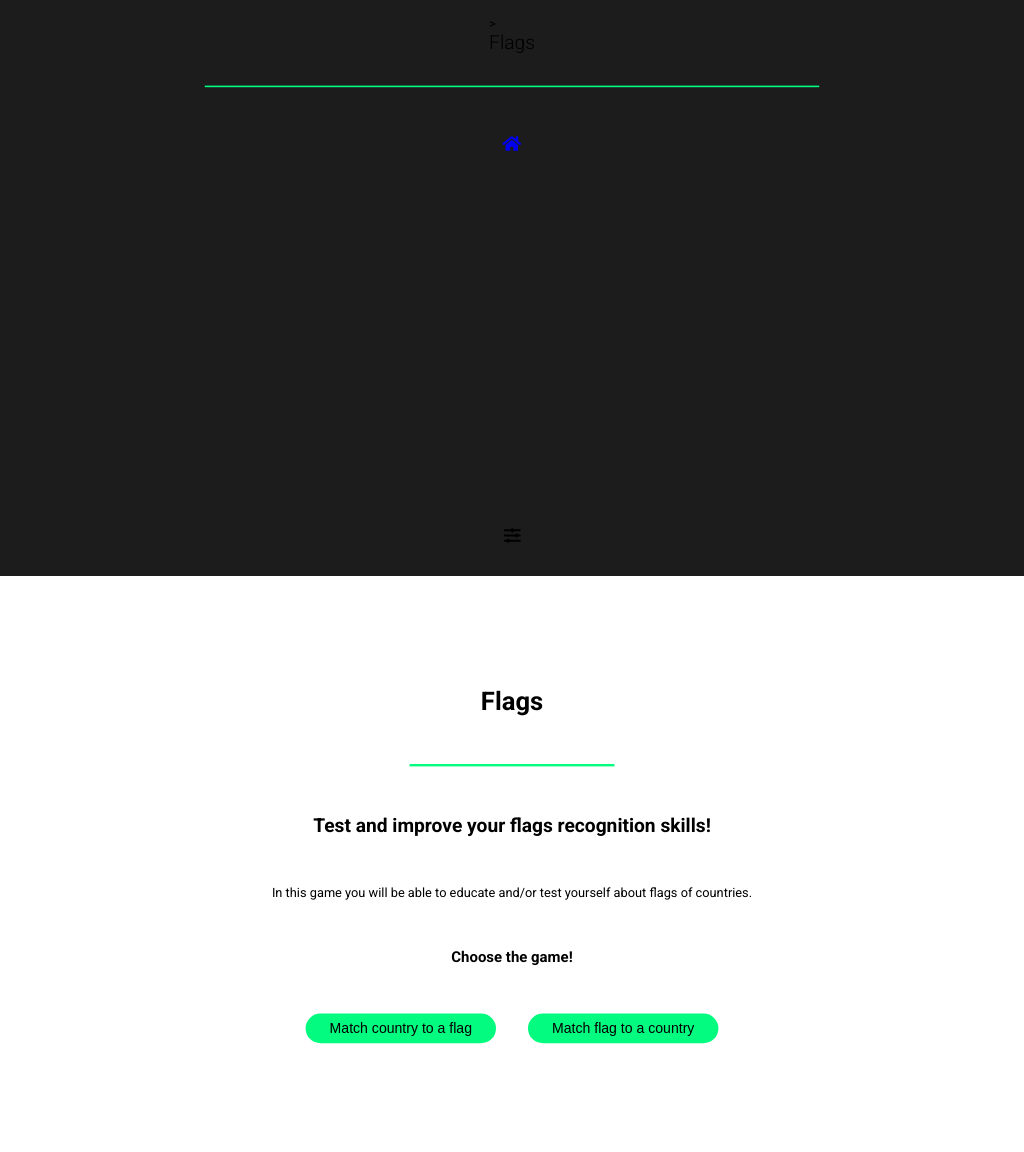
Repository: RXBVK/Flags
Page: /
An editor plug-in stored every save of this project. The page is shown before and after the next save, followed by the edit.
The browser window is 1280 px wide. The pictures show the whole page, at 80% of full size.
The page's requests for data from a server got no answer. The project was rebuilt for these pictures with package versions that can differ from the ones it lists, and the page was loaded fresh each time. No one was signed in, and anything a server would have sent is missing. Also part of the build but not shown: src/components/Games/CountryToFlag/CountryToFlag.js.

Above is the page before, as saved 2021-06-29 18:10:23.

### public/index.html
<!DOCTYPE html>
<html lang="en">

<head>
  <meta charset="utf-8" />
  <link rel="icon" href="%PUBLIC_URL%/favicon.ico" />
  <meta name="viewport" content="width=device-width, initial-scale=1" />
  <meta name="theme-color" content="#000000" />
  <meta name="description" content="Web site created using create-react-app" />
  <link rel="apple-touch-icon" href="%PUBLIC_URL%/logo192.png" />
  <!--
      manifest.json provides metadata used when your web app is installed on a
      user's mobile device or desktop. See https://developers.google.com/web/fundamentals/web-app-manifest/
    -->
  <link rel="manifest" href="%PUBLIC_URL%/manifest.json" />
  <link rel="preconnect" href="https://fonts.googleapis.com">
  <link rel="preconnect" href="https://fonts.gstatic.com" crossorigin>
  <link href="https://fonts.googleapis.com/css2?family=Roboto:wght@100;300;400;500;700;900&display=swap"
    rel="stylesheet">
  <!--
      Notice the use of %PUBLIC_URL% in the tags above.
      It will be replaced with the URL of the `public` folder during the build.
      Only files inside the `public` folder can be referenced from the HTML.

      Unlike "/favicon.ico" or "favicon.ico", "%PUBLIC_URL%/favicon.ico" will
      work correctly both with client-side routing and a non-root public URL.
      Learn how to configure a non-root public URL by running `npm run build`.
    -->
  <title>Learn Countries Flags</title>
</head>

<body>
  <noscript>You need to enable JavaScript to run this app.</noscript>
  <div id="root"></div>
  <!--
      This HTML file is a template.
      If you open it directly in the browser, you will see an empty page.

      You can add webfonts, meta tags, or analytics to this file.
      The build step will place the bundled scripts into the <body> tag.

      To begin the development, run `npm start` or `yarn start`.
      To create a production bundle, use `npm run build` or `yarn build`.
    -->
</body>

</html>

### src/App.js
import Navigation from "./components/Navigation/Navigation";
import { BrowserRouter as Router } from "react-router-dom";
import { useState, useEffect } from "react";
import { AppContext } from "./utils/context";

function App() {
  const [allCountries, setAllCountries] = useState([]);

  useEffect(() => {
    const getData = async () => {
      console.log("Pobieram dane");
      let response = await fetch("https://restcountries.eu/rest/v2/all");
      let data = await response.json();
      console.log("Pobrałem dane");
      console.log(data);
      setAllCountries(data);
    };
    getData();
  }, []);

  return (
    <>
      <Router>
        <AppContext.Provider value={allCountries}>
          <Navigation />
        </AppContext.Provider>
      </Router>
    </>
  );
}

export default App;

### src/components/Navigation/Navigation.js
import React, { useState } from "react";
import { Switch, Route, NavLink } from "react-router-dom";
import { faHome, faSlidersH } from "@fortawesome/free-solid-svg-icons";
import { FontAwesomeIcon } from "@fortawesome/react-fontawesome";
import Divider from "../../utils/Divider";
import Home from "../Home/Home";
import CountryToFlag from "../Games/CountryToFlag/CountryToFlag";
import "./Navigation.css";

export default function Navigation() {
  return (
    <>
      <div className="navigation">
        <header>
          ><h1 className="navigation__logo">Flags</h1>
        </header>
        <Divider width={60} height={3} />
        <div className="navigation__menu">
          <NavLink exact to="/">
            <FontAwesomeIcon icon={faHome} />
          </NavLink>
        </div>
        <FontAwesomeIcon icon={faSlidersH} />
      </div>
      <Switch>
        <Route exact path="/">
          <Home />
        </Route>
        <Route exact path="/country-to-flag">
          <CountryToFlag />
        </Route>
        {/* <Route>
                        <NotFound />
                    </Route> */}
      </Switch>
    </>
  );
}

### src/utils/context.js
import { createContext } from "react";

export const AppContext = createContext([]);

### src/utils/Divider.js
import React from "react";

export default function Divider(props) {
  return (
    <div
      style={{
        width: `${props.width}%`,
        height: `${props.height}px`,
        backgroundColor: "#03fc80",
      }}
    ></div>
  );
}

### src/components/Home/Home.js
import React from "react";
import Divider from "../../utils/Divider";
import { useHistory } from "react-router-dom";

export default function Home() {
  let history = useHistory();

  return (
    <div className="container">
      <h1>Flags</h1>
      <Divider height={3} width={20} />
      <h2>Test and improve your flags recognition skills!</h2>
      <p>
        In this game you will be able to educate and/or test yourself about
        flags of countries.
      </p>
      <h3>Choose the game!</h3>
      <div>
        <button
          className="button button--basic"
          onClick={() => history.push("/country-to-flag")}
        >
          Match country to a flag
        </button>
        <button
          className="button button--basic"
          onClick={() => history.push("/flag-to-country")}
        >
          Match flag to a country
        </button>
      </div>
    </div>
  );
}

### src/components/Navigation/Navigation.css
.container {
  position: relative;
  display: -webkit-box;
  display: -ms-flexbox;
  display: flex;
  -webkit-box-orient: vertical;
  -webkit-box-direction: normal;
      -ms-flex-direction: column;
          flex-direction: column;
  -webkit-box-pack: center;
      -ms-flex-pack: center;
          justify-content: center;
  -webkit-box-align: center;
      -ms-flex-align: center;
          align-items: center;
  text-align: center;
  width: 100%;
  height: 100vh;
  overflow-y: auto;
}

.button {
  border: none;
  border-radius: 25px;
  cursor: pointer;
  -webkit-transition: all 200ms linear;
  transition: all 200ms linear;
}

.button--basic {
  min-width: 200px;
  min-height: 35px;
  background-color: #03fc80;
  font-size: 1.1em;
  margin: 0 20px;
  padding: 8px 30px;
}

.button--basic:hover {
  -webkit-filter: brightness(80%);
          filter: brightness(80%);
}

.button--answer {
  min-width: 250px;
  min-height: 40px;
  font-size: 1em;
  padding: 8px 30px;
  background-color: transparent;
  color: white;
  border: 2px solid #03fc80;
}

.button--answer:hover {
  background-color: #03fc80;
  color: black;
}

.button--light-border {
  border: 1px solid #03fc80;
  border-radius: 0;
  padding: 10px 40px;
}

.button--light-border:hover {
  background-color: #03fc80;
  color: black;
}

.game__container {
  display: -webkit-box;
  display: -ms-flexbox;
  display: flex;
  -webkit-box-orient: vertical;
  -webkit-box-direction: normal;
      -ms-flex-direction: column;
          flex-direction: column;
  -webkit-box-align: center;
      -ms-flex-align: center;
          align-items: center;
  -webkit-box-pack: center;
      -ms-flex-pack: center;
          justify-content: center;
  height: 100%;
  width: 100%;
}

.answers {
  display: -ms-grid;
  display: grid;
  margin: 60px 0 20px 0;
}

@media (max-width: 1000px) {
  .answers {
    -ms-grid-columns: (1fr)[1];
        grid-template-columns: repeat(1, 1fr);
    gap: 25px 0;
    width: 95%;
  }
}

@media (min-width: 1001px) {
  .answers {
    -ms-grid-columns: (1fr)[2];
        grid-template-columns: repeat(2, 1fr);
    gap: 25px 20px;
  }
}

::-webkit-scrollbar {
  width: 10px;
}

/* Track */
::-webkit-scrollbar-track {
  background: #1c1c1c;
}

/* Handle */
::-webkit-scrollbar-thumb {
  background: #2f2f2f;
  border-radius: 10px;
}

/* Handle on hover */
::-webkit-scrollbar-thumb:hover {
  background: #393939;
}

.game__score,
.game__time {
  position: absolute;
  bottom: 30px;
}

.game__score {
  left: 30px;
}

.game__time {
  right: 30px;
}

@media (min-width: 1001px) {
  .container > * {
    margin: 30px 0;
  }
}

.navigation {
  min-width: 150px;
  height: 100vh;
  background-color: #1c1c1c;
  display: -webkit-box;
  display: -ms-flexbox;
  display: flex;
  -webkit-box-orient: vertical;
  -webkit-box-direction: normal;
      -ms-flex-direction: column;
          flex-direction: column;
  -webkit-box-align: center;
      -ms-flex-align: center;
          align-items: center;
  overflow-y: auto;
}

.navigation > * {
  margin: 20px 0;
}

.navigation > :first-child {
  margin-top: 20px;
}

.navigation > :last-child {
  margin-bottom: 40px;
}

.navigation .navigation__logo {
  font-size: 1.5em;
  position: relative;
  font-weight: 300;
  margin: 0;
}

.navigation .navigation__menu {
  display: -webkit-box;
  display: -ms-flexbox;
  display: flex;
  -webkit-box-orient: vertical;
  -webkit-box-direction: normal;
      -ms-flex-direction: column;
          flex-direction: column;
  -webkit-box-align: center;
      -ms-flex-align: center;
          align-items: center;
  height: 100%;
}

.navigation .navigation__menu > * {
  margin: 20px 0;
}

.navigation svg {
  font-size: 1.3em;
  cursor: pointer;
}

@media (max-width: 1000px) {
  .navigation {
    display: none;
  }
}
/*# sourceMappingURL=Navigation.css.map */

Loaded but not shown: src/index.js (common file); src/index.css (common file); src/reportWebVitals.js (common file)

After the next save:
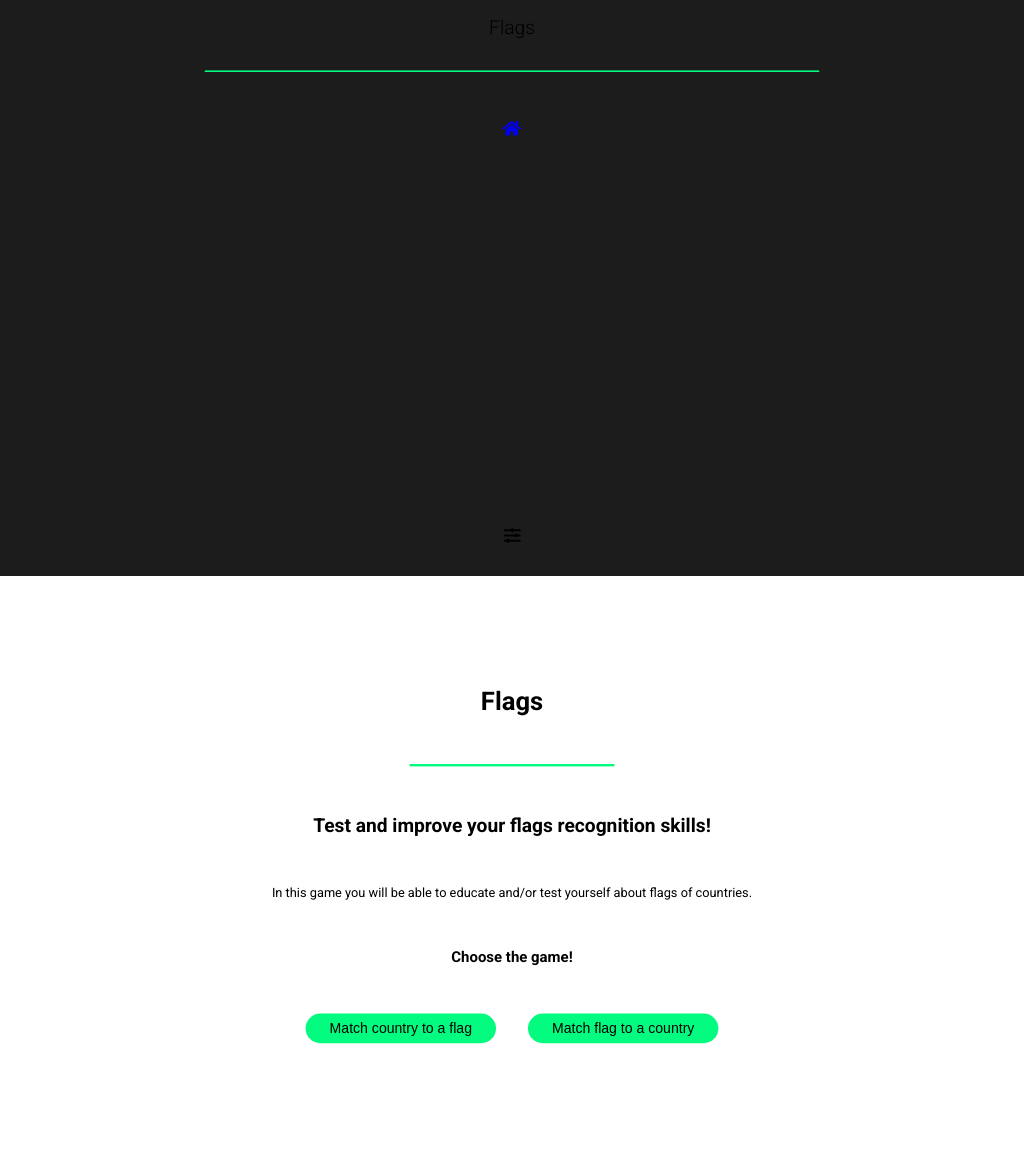
Saved 9 s later.
--- a/src/components/Navigation/Navigation.js
+++ b/src/components/Navigation/Navigation.js
@@ -12,7 +12,7 @@ export default function Navigation() {
     <>
       <div className="navigation">
         <header>
-          ><h1 className="navigation__logo">Flags</h1>
+          <h1 className="navigation__logo">Flags</h1>
         </header>
         <Divider width={60} height={3} />
         <div className="navigation__menu">
